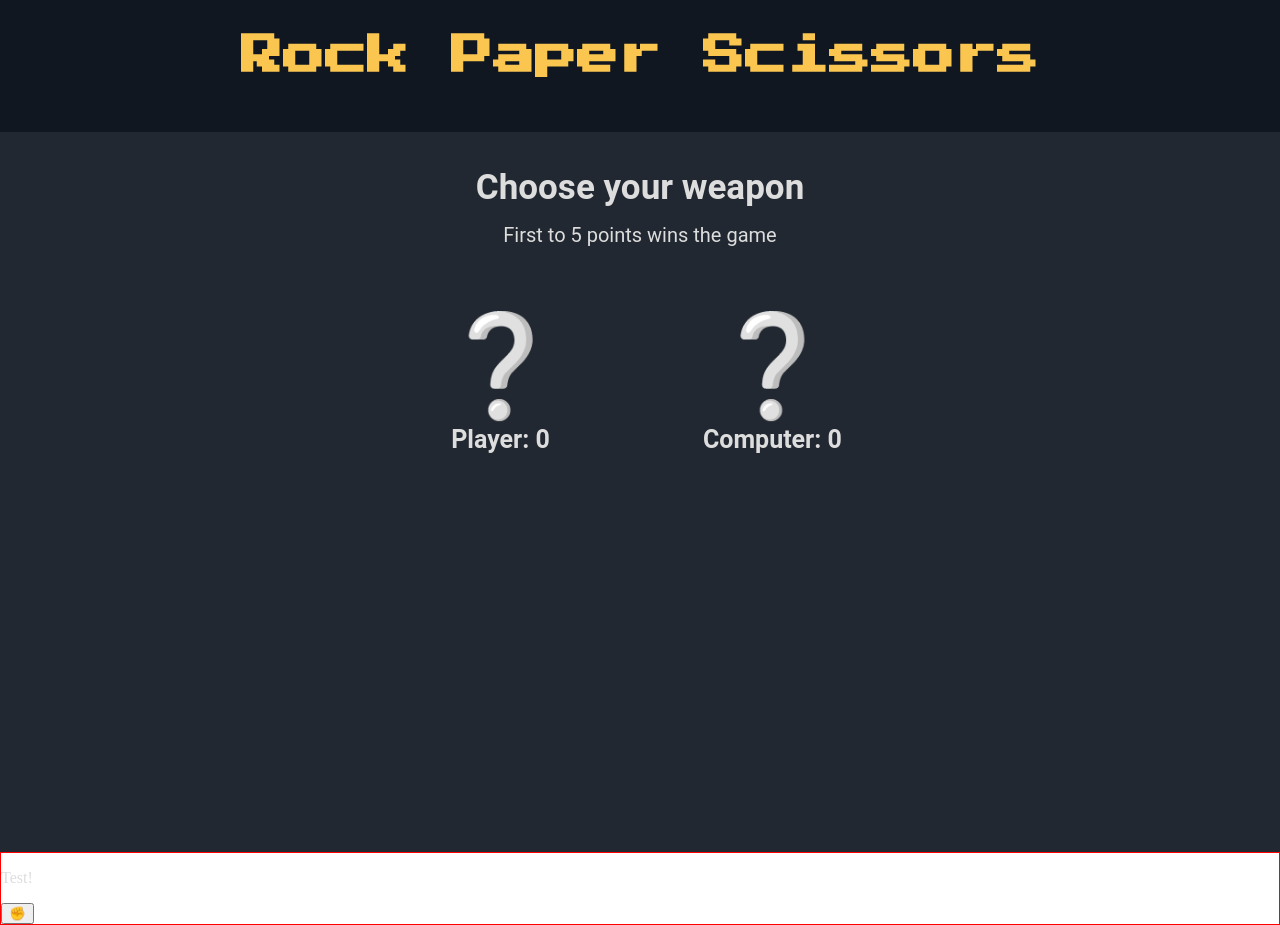
Repository: Aaryan-Poria/Rock-Paper-Scissors
Page: index.html
The author's editor kept a copy of each file at every save. The page is drawn from the files as they stood at one save, then again after the next save.
The browser window is 1280 px wide. The pictures show the whole page.

Above is the page before, as saved 2023-08-22 23:24:19.

### index.html
<!DOCTYPE html>
<html lang="en">
  <head>
    <meta charset="UTF-8" />
    <meta name="viewport" content="width=device-width, initial-scale=1.0" />
    <title>Rock Paper Scissors</title>
    <link rel="preconnect" href="https://fonts.googleapis.com" />
    <link rel="preconnect" href="https://fonts.gstatic.com" crossorigin />
    <link
      href="https://fonts.googleapis.com/css2?family=Press+Start+2P&display=swap"
      rel="stylesheet"
    />
    <link rel="stylesheet" href="style.css" />
  </head>

  <body>
    <section class="head">
      <h2>Rock Paper Scissors</h2>
    </section>
    <section class="main">
      <div class="main-text">
        <h3>Choose your weapon</h3>
        <p>First to 5 points wins the game</p>
      </div>
      <div class="text-content">
        <div class="info player">
          <p class="qmark 1">❔</p>
          <p class="score 1">Player: 0</p>
        </div>
        <div class="info comp">
          <p class="qmark 2">❔</p>
          <p class="score 2">Computer: 0</p>
        </div>
      </div>
    </section>
    <section class="choices">
      <p>Test!</p>
      <button class="option">✊</button>
    </section>
  </body>
</html>

### style.css
body {
  margin: 0;
  padding: 0;
  display: flex;
  flex-direction: column;
  min-height: 100%;
  min-width: 100%;
}
.head {
  display: flex;
  justify-content: center;
  align-items: center;
  color: #fac650;
  background-color: #111720;
  font-family: "Press Start 2P", cursive;
  height: 7rem;
  font-size: 1.75rem;
  padding-bottom: 20px;
}
.main {
  display: flex;
  flex-grow: 1;
  height: 100vh;
  flex-direction: column;
  background-color: #222831;
  color: #dddddd;
  font-family: "Roboto", sans-serif;
  align-items: center;
  /* border: 1px solid red; */
}

.main-text {
  /* border: 1px solid green; */
  display: flex;
  flex-direction: column;
  justify-content: center;
  align-items: center;
}
.main-text > h3 {
  font-size: 35px;
}
.main-text > p {
  font-size: 20px;
  margin-top: -20px;
}
.text-content {
  display: flex;
  width: 100%;
  /* border: 1px solid yellow; */
  display: flex;
  font-size: 25px;
  font-weight: bold;
  justify-content: center;
  align-items: center;
  gap: 140px;
  margin-top: 40px;
}
.info {
  display: flex;
  flex-direction: column;
  justify-content: center;
  align-items: center;
}
.qmark {
  font-weight: 100;
  margin: 0;
  padding: 0;
  font-size: 100px;
}
.score {
  margin: 0;
}
.choices {
  color: #dddddd;
  border: 1px solid red;
}

After the next save:
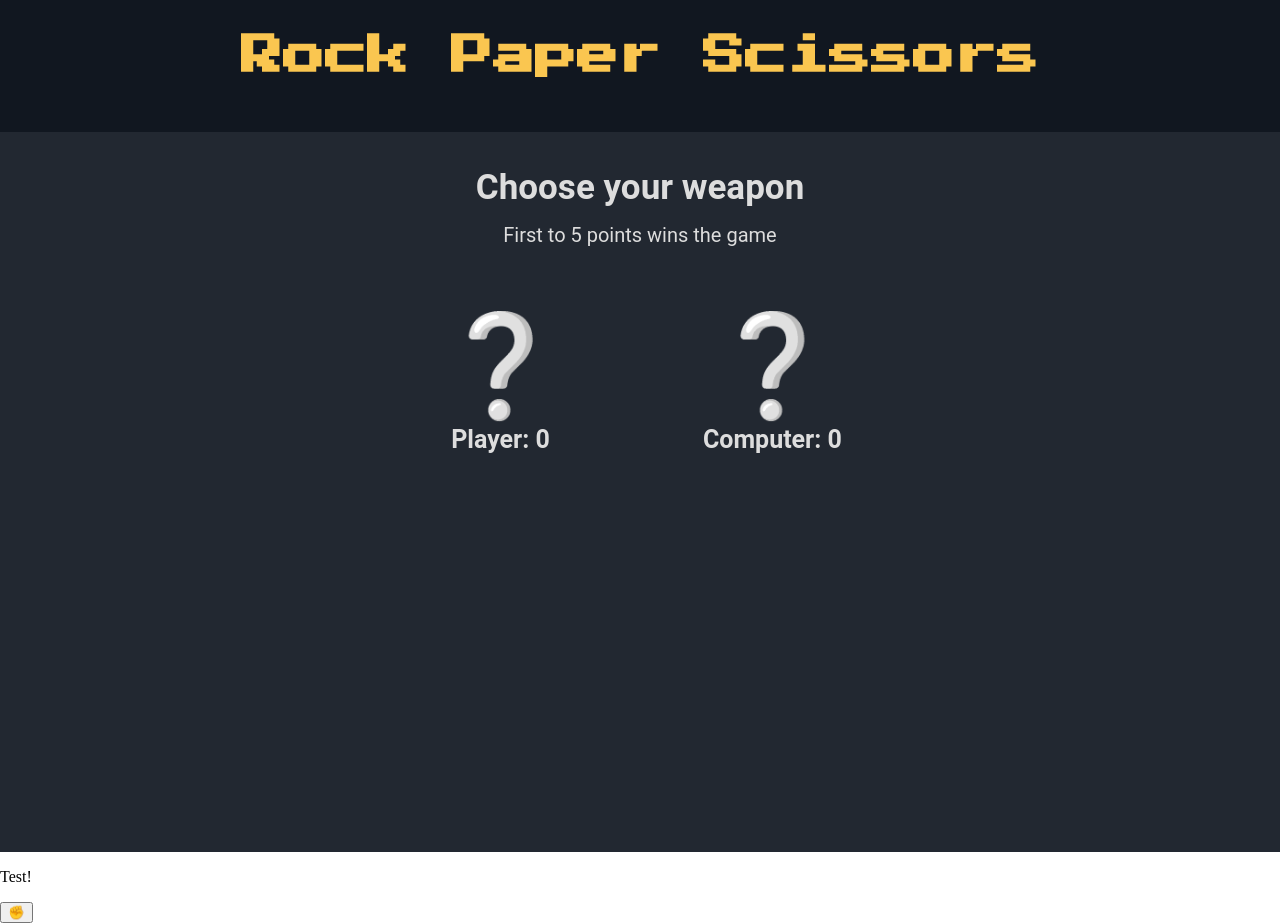
Saved 4 min 19 s later.
--- a/style.css
+++ b/style.css
@@ -70,7 +70,7 @@ body {
 .score {
   margin: 0;
 }
-.choices {
+#test {
   color: #dddddd;
   border: 1px solid red;
 }
